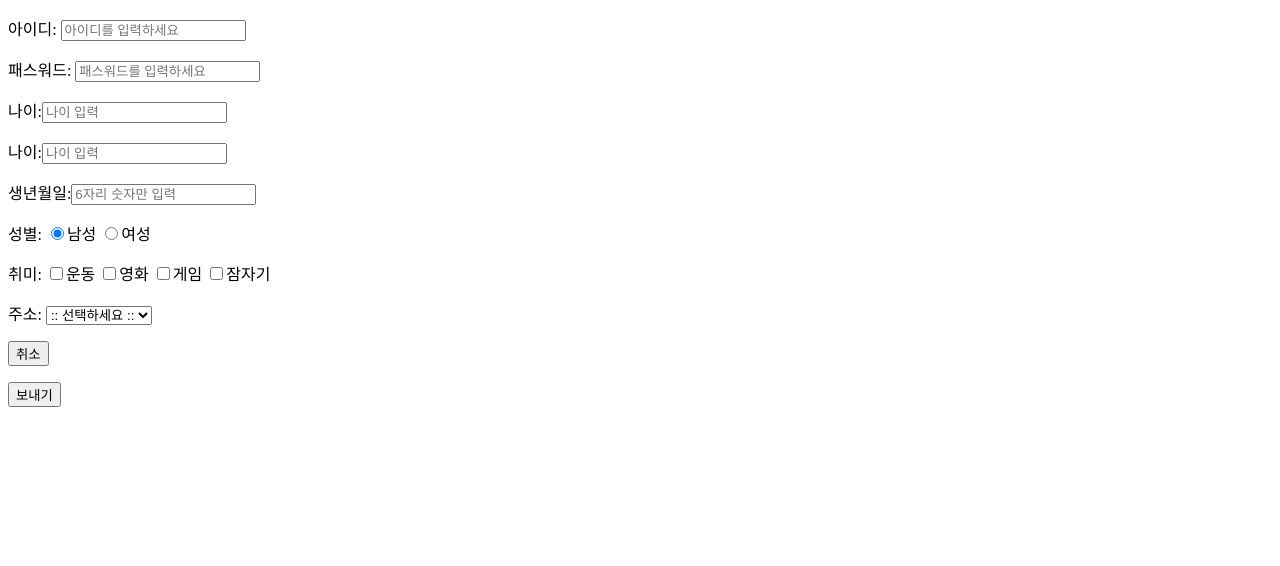
Repository: claddds/2023_webstudy
Page: 01_html/src/main/webapp/day04/ex01_form.html
These files come from the project's save history. The page is drawn as it stood at one moment and after the next save; the edit follows.
The browser window is 1280 px wide. The pictures show the whole page.

Above is the page before, as saved 2023-06-22 02:12:32.

After the next save:
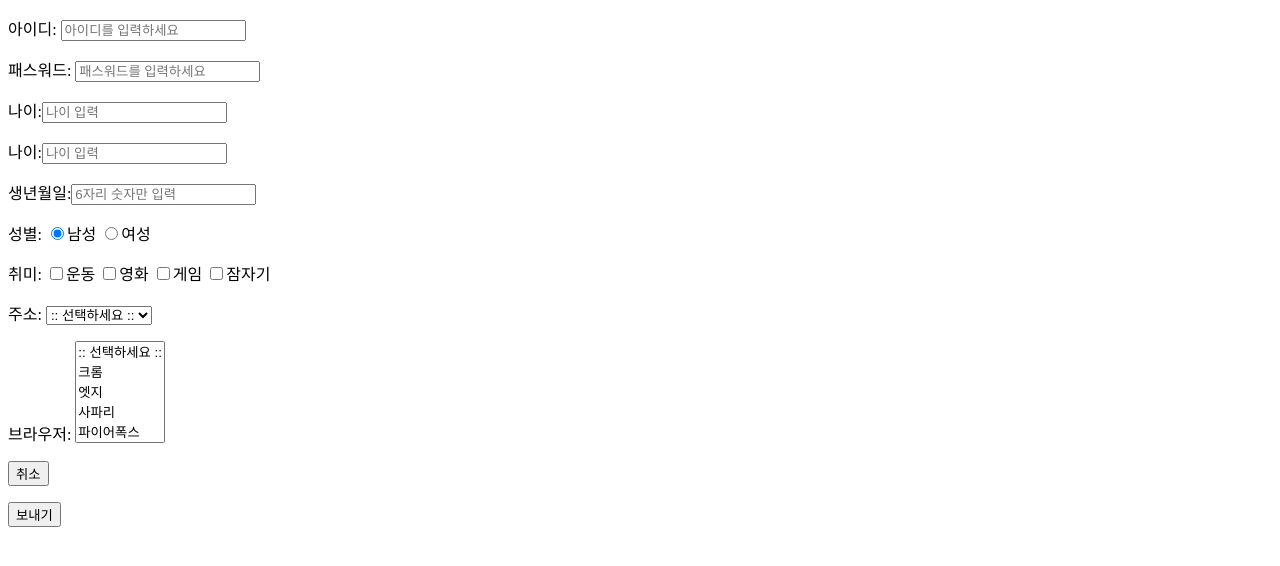
Saved 5 min 31 s later.
--- a/01_html/src/main/webapp/day04/ex01_form.html
+++ b/01_html/src/main/webapp/day04/ex01_form.html
@@ -85,6 +85,18 @@
 				<option>해외</option>
 			</select>
 		</p>
+		<p>브라우저:
+			<!-- multiple 여러개 선택 가능 -->
+			<select name="browser" multiple size="5">
+				<option>:: 선택하세요 ::</option>
+				<option value="1">크롬</option>
+				<option value="2">엣지</option>
+				<option value="3">사파리</option>
+				<!-- value를 입력하지 않으면 텍스트가 value가 된다. -->
+				<option>파이어폭스</option>
+				<option>오페라</option>
+			</select>
+		</p>
 		<!-- reset, submit는 버튼에 새겨지는 글자 -->
 		<p><input type="reset" value="취소"></p>
 		<p><input type="submit" value="보내기"></p>
